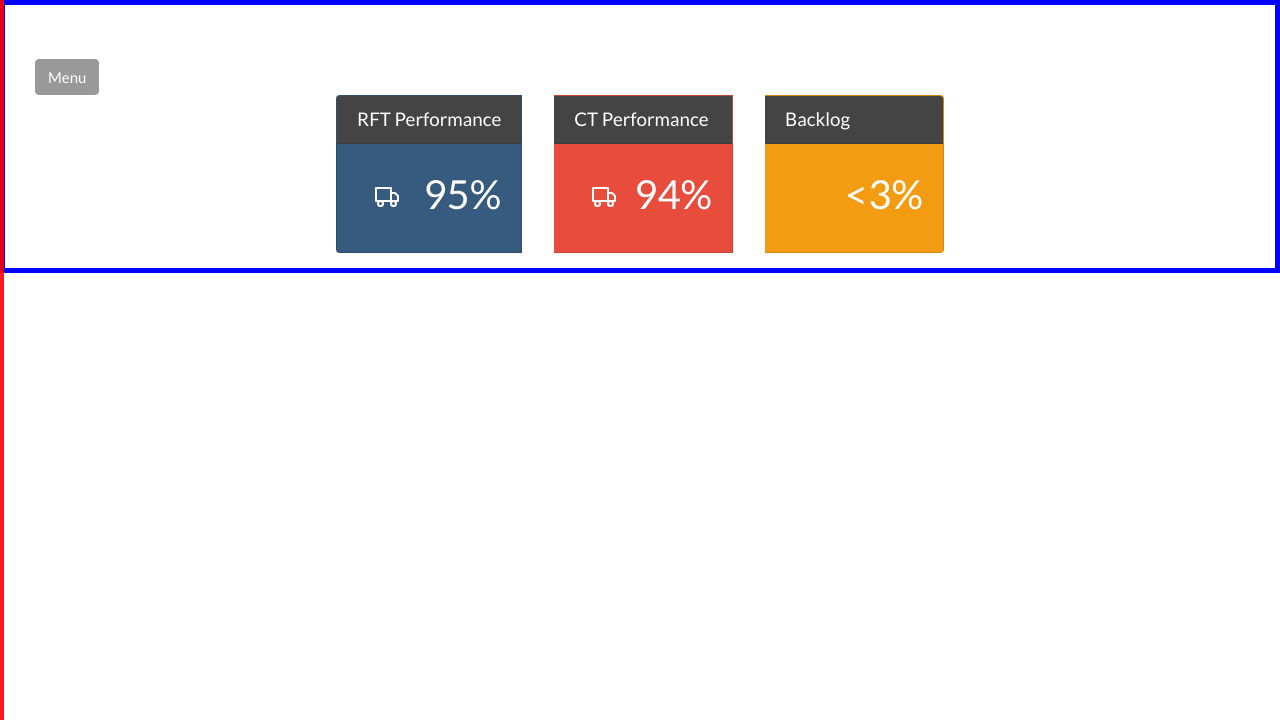
Repository: valenovi76/Delivery-Dashboard
Page: Index.html
The author's editor kept a record of every edit. The page is drawn from the files as they stood at one moment, then again after the next edit.
The browser window is 1280 px wide. The pictures show the whole page.
Some icons come from a web library that is not loaded, so they are not drawn. Some web libraries are served in a nearby version.

Above is the page before.
Console error: TypeError: Cannot read properties of null (reading 'textContent')

### Index.html
<!DOCTYPE html>
<html lang="en">
<head>
    <meta charset="UTF-8">
    <meta name="viewport" content="width=device-width, initial-scale=1.0">
    <meta http-equiv="X-UA-Compatible" content="ie=edge">

    <link rel="stylesheet" href="static/css/bootstrap.min.css" type="text/css" />
    <link rel="stylesheet" href="static/css/dc.min.css" type="text/css" />
    <link href="vendor/fontawesome-free/css/all.min.css" rel="stylesheet" type="text/css">
    <script type="text/javascript" src="static/js/d3.min.js"></script>
    <script type="text/javascript" src="static/js/crossfilter.min.js"></script>
    <script type="text/javascript" src="static/js/dc.min.js"></script>
    <script type="text/javascript" src="static/js/queue.min.js"></script>
    <script type="text/javascript" src="static/js/graphs.js"></script>
    <script src="https://ajax.googleapis.com/ajax/libs/jquery/1.11.3/jquery.min.js"></script>
    <script src="http://maxcdn.bootstrapcdn.com/bootstrap/3.3.4/js/bootstrap.min.js"></script>
    <link rel="stylesheet" href="static/css/style.css" type="text/css" />
    <title>Daily Delivery Dashboard</title>

</head>
<body>

    <div id="wrapper">

        <!-- Sidebar -->
        <div id="sidebar-wrapper">
            <ul class="sidebar-nav">
                <li><a href="#">Account</a></li>
                <li><a href="#">Settings</a></li>
                <li><a href="#">Logout</a></li>
            </ul>
        </div>

        <!-- Page content -->
        <div id="page-content-wrapper">
            <div class="container-fluid">
                <div class="header text-center">
                    <p>test</p>
                </div>
                <div class="row">
                    <div class="col-lg-12">
                            <a href="#" class="btn btn-light" id="menu-toggle">Menu</a>

                            <div class="row">
                              <div class="card-group mx-auto">
                                    <div class="card flex-fill bg-primary text-white mx-3">
                											<div class="card-header">
                												<h5 class="card-title text-white mb-0">RFT Performance</h5>
                											</div>
                    											<div class="card-body py-3">
                    												<div class="row no-gutters">
                    													<div class="col-4 align-self-center text-left">
                    														<div class="icon icon-primary">
                    															<svg xmlns="http://www.w3.org/2000/svg" width="24" height="24" viewBox="0 0 24 24" fill="none" stroke="currentColor" stroke-width="2" stroke-linecap="round" stroke-linejoin="round" class="feather feather-truck align-middle"><rect x="1" y="3" width="15" height="13"></rect><polygon points="16 8 20 8 23 11 23 16 16 16 16 8"></polygon><circle cx="5.5" cy="18.5" r="2.5"></circle><circle cx="18.5" cy="18.5" r="2.5"></circle></svg>
                    														</div>
                    													</div>
                    													<div class="col-8 align-self-center text-right">

                    														<h2 class="text-white">95%</h2>
                    													</div>
                    												</div>
                    											</div>
                    										</div>
                                    <div class="card flex-fill bg-danger text-white mx-3">
                											<div class="card-header">
                												<h5 class="card-title text-white mb-0">CT Performance</h5>
                											</div>
                    											<div class="card-body py-3">
                    												<div class="row no-gutters">
                    													<div class="col-4 align-self-center text-left">
                    														<div class="icon icon-primary">
                    															<svg xmlns="http://www.w3.org/2000/svg" width="24" height="24" viewBox="0 0 24 24" fill="none" stroke="currentColor" stroke-width="2" stroke-linecap="round" stroke-linejoin="round" class="feather feather-truck align-middle"><rect x="1" y="3" width="15" height="13"></rect><polygon points="16 8 20 8 23 11 23 16 16 16 16 8"></polygon><circle cx="5.5" cy="18.5" r="2.5"></circle><circle cx="18.5" cy="18.5" r="2.5"></circle></svg>
                    														</div>
                    													</div>
                    													<div class="col-8 align-self-center text-right">
                    														<h2 class="text-white">94%</h2>
                    													</div>
                    												</div>
                    											</div>
                    										</div>
                                    <div class="card flex-fill bg-warning text-white mx-3">
                											<div class="card-header">
                												<h5 class="card-title text-white mb-0">Backlog</h5>
                											</div>
                    											<div class="card-body py-3">
                    												<div class="row no-gutters">
                    													<div class="col-4 align-self-center text-left">
                    														<div class="icon icon-primary">
                    														    <i class="far fa-check-square"></i>
                    														</div>
                    													</div>
                    													<div class="col-8 align-self-center text-right">
                    														<h2 class="text-white"> <3% </h2>
                    													</div>
                    												</div>
                    											</div>
                    										</div
                              </div>
                            </div>
                    </div>
                </div>
            </div>
        </div>

    </div>

    <!-- Menu toggle script -->
    <script>
        $("#menu-toggle").click( function (e){
            e.preventDefault();
            $("#wrapper").toggleClass("menuDisplayed");
        });
    </script>

</body>
</html>

### static/js/graphs.js
//load data
queue()
.defer(d3.csv, "/data/orders.csv")
.await(makeGraphs);


// Make graphs function
function makeGraphs(error, orderData) {

    var ndx = crossfilter(orderData);


orderData.forEach(function(d){
d.CT_Ex_Delayed_Days=parseInt(d.CT_Ex_Delayed_Days)})




    show_wip_group_selector(ndx);
    show_product_selector(ndx);
    show_project_selector(ndx);
    show_created(ndx);
    show_completed(ndx);
    show_order_order_type(ndx);
    show_ct_avg(ndx);
    show_SLT_perf(ndx);
    show_ontime_late(ndx);
    show_percent_RFT_OnTime(ndx);
    show_percent_CT_Pass(ndx);
    show_monthly_delivery(ndx);



    dc.renderAll();
}


//Selector js
function show_wip_group_selector(ndx){
    var dim = ndx.dimension(dc.pluck('Channel'));
    var group = dim.group();
    var select = dc.selectMenu("#wip_group_selector")
        .dimension(dim)
        .group(group);

}
function show_product_selector(ndx){
    var dim = ndx.dimension(dc.pluck('Product'));
    var group = dim.group();
    var select = dc.selectMenu("#product_selector")
        .dimension(dim)
        .group(group);

}
function show_project_selector(ndx){
    var dim=ndx.dimension(dc.pluck('Project'));
    var group= dim.group();
    var select = dc.selectMenu("#project_selector")
        .dimension(dim)
        .group(group);

}

// KPIS values -RFT %

function show_percent_RFT_OnTime(ndx) {
    var percentageThatAreOnTime = ndx.groupAll().reduce(
        function(p, v) {
            p.total++;
                if(v.On_Time === "On-Time") {
                    p.match++;
                }
                return p;
            },
            function (p, v) {
                p.total--;
                if(v.On_Time === "On-Time") {
                    p.match--;
                }
                return p;
            },
            function () {
                return {total: 0, match: 0};
            }
    );

    dc.numberDisplay("#RFTPerc")
        .formatNumber(d3.format(".1%"))
        .valueAccessor(function (d) {
            if (d.count == 0) {
                return 0;
            } else {
                return ( d.match/d.total );
            }
        })
        .group(percentageThatAreOnTime)
}

// KPIS values - CT %

function show_percent_CT_Pass(ndx) {
    var percentageThatArePassed = ndx.groupAll().reduce(
        function(p, v) {
            p.total++;
                if(v.SLT_Status === "Pass") {
                    p.match++;
                }
                return p;
            },
            function (p, v) {
                p.total--;
                if(v.SLT_Status === "Pass") {
                    p.match--;
                }
                return p;
            },
            function () {
                return {total: 0, match: 0};
            }
    );

    dc.numberDisplay("#CTPerc")
        .formatNumber(d3.format(".1%"))
        .valueAccessor(function (d) {
            if (d.count == 0) {
                return 0;
            } else {
                return ( d.match/d.total );
            }
        })
        .group(percentageThatArePassed)
}

//KPIS values - Monthly deliveries
function show_monthly_delivery(ndx){
    var avgMonthlyDeliveries = ndx.groupAll().reduce(
        function(p, v) {
            p.total++;
                if(v.Order_Status === "Completed") {
                    p.match++;
                }
                return p;
            },
            function (p, v) {
                p.total--;
                if(v.Order_Status === "Completed") {
                    p.match--;
                }
                return p;
            },
            function () {
                return {total: 0, match: 0};
            }
    );

    dc.numberDisplay("#avg_monthly_delivery")
        .formatNumber(d3.format(".1f"))
        .valueAccessor(function (d) {
            if (d.total == 0) {
                return 0;
            } else {
                return ( d.match/6 );
            }
        })
        .group(avgMonthlyDeliveries)
}


//created line js
function show_created(ndx) {
var dim = ndx.dimension(dc.pluck('Created_Month'));
var group =dim.group();

dc.lineChart("#created")
.width(400)
.height(300)
.margins({top: 30, right: 40, bottom: 50, left: 50})
.dimension(dim)
.group(group)
.transitionDuration(500)
.x(d3.scale.ordinal())
.xUnits(dc.units.ordinal)
.elasticY(true)
.xAxisLabel("FY 2019-2020 Month")
.yAxis().ticks(20);
 }

//completed line js
function show_completed(ndx) {
var dim = ndx.dimension(dc.pluck('Completed_Month'));
var group = dim.group();

dc.lineChart("#completed")

.width(400)
.height(300)
.margins({top: 30, right: 40, bottom: 50, left: 50})
.dimension(dim)
.group(group)
.transitionDuration(500)
.x(d3.scale.ordinal())
.xUnits(dc.units.ordinal)
.elasticY(true)
.xAxisLabel("FY 2019-2020 Month")
.yAxis().ticks(20);
 }

//WIP pie js
function show_order_order_type(ndx) {
    var dim = ndx.dimension(dc.pluck('Order_Type'));
    var group = dim.group();


    dc.pieChart("#order_type")

        .width(400)
        .height(300)
        .slicesCap(4)
        .innerRadius(100)
        .dimension(dim)
        .group(group)
        .legend(dc.legend())

}
//CT Avg line js
function show_ct_avg(ndx){
var dim = ndx.dimension(dc.pluck("Completed_Month"));

function add_item(p,v){
p.count ++;
p.total += v.CT_Ex_Delayed_Days;
p.average = p.total/p.count;
return p;
}
function remove_item(p,v){
p.count--;
if(p.count==0){
p.total=0;
p.average=0;}else{
p.total -= v.CT_Ex_Delayed_Days;
p.average = p.total/p.count;
}
return p;
}
function initialise(){
    return{count:0, total:0, average:0};
}


var group= dim.group().reduce(add_item,remove_item,initialise);


dc.lineChart("#ct_avg")
.width(400)
.height(300)
.margins({top: 10, right: 50, bottom: 30, left: 50})
.dimension(dim)
.group(group)
.valueAccessor(function(d){
return d.value.average})
.transitionDuration(500)
.x(d3.scale.ordinal())
.xUnits(dc.units.ordinal)
.elasticY(true)
.xAxisLabel("FY 2019-2020 Month")
.yAxis().ticks(20);

}
//CT perf js
function show_SLT_perf(ndx){

    function SLTPerfByMonth(dimension, SLT_Status) {
        return dimension.group().reduce(
            function (p, v) {
                p.total++;
                if(v.SLT_Status == SLT_Status) {
                    p.match++;
                }
                return p;
            },
            function (p, v) {
                p.total--;
                if(v.SLT_Status == SLT_Status) {
                    p.match--;
                }
                return p;
            },
            function () {
                return {total: 0, match: 0};
            }
        );
    }

    var dim = ndx.dimension(dc.pluck("Completed_Month"));
    var PassByMonth = SLTPerfByMonth(dim, "Pass");
    var FailByMonth = SLTPerfByMonth(dim, "Fail");

    dc.barChart("#ct_perf")
        .width(400)
        .height(300)
        .dimension(dim)
        .group(PassByMonth, "Pass")
        .stack(FailByMonth, "Fail")
        .valueAccessor(function(d) {
            if(d.value.total > 0) {
                return (d.value.match / d.value.total) * 100;
            } else {
                return 0;
            }
        })
        .x(d3.scale.ordinal())
        .xUnits(dc.units.ordinal)
        .legend(dc.legend().x(320).y(20).itemHeight(15).gap(5))
        .margins({top: 10, right: 100, bottom: 30, left: 30});
}

  //On time vs Late stacked-bars graph

   function show_ontime_late(ndx) {

    function RFTPerfByMonth(dimension, On_Time) {
        return dimension.group().reduce(
            function (p, v) {
                p.total++;
                if(v.On_Time == On_Time) {
                    p.match++;
                }
                return p;
            },
            function (p, v) {
                p.total--;
                if(v.On_Time == On_Time) {
                    p.match--;
                }
                return p;
            },
            function () {
                return {total: 0, match: 0};
            }
        );
    }

    var dim = ndx.dimension(dc.pluck("Completed_Month"));
    var OnTimeByMonth = RFTPerfByMonth(dim, "On-Time");
    var LateByMonth = RFTPerfByMonth(dim, "Late");

    dc.barChart("#ontime_perf")
        .width(400)
        .height(300)
        .dimension(dim)
        .group(OnTimeByMonth, "On-Time")
        .stack(LateByMonth, "Late")
        .valueAccessor(function(d) {
            if(d.value.total > 0) {
                return (d.value.match / d.value.total) * 100;
            } else {
                return 0;
            }
        })
        .x(d3.scale.ordinal())
        .xUnits(dc.units.ordinal)
        .legend(dc.legend().x(320).y(20).itemHeight(15).gap(5))
        .margins({top: 10, right: 100, bottom: 30, left: 30});
   }

### static/css/style.css
/*Body*/
.page-content-wrapper{
    background-color: white;
}

/*Header*/


/* Sidebar */
#sidebar-wrapper {
    z-index: 1;
    position: absolute;
    width: 0;
    height: 100%;
    overflow-y: hidden;
    background: #2C3E50;
    border: 2px solid red;
    opacity: 0.9;
}

/* Always take up entire screen */
#page-content-wrapper {
    width: 100%;
    position: absolute;
    padding: 15px;
    border: 5px solid blue;
}


/* Change with of sidebar from 0 to 250px */
#wrapper.menuDisplayed #sidebar-wrapper {
    width: 250px;
}

/* Since we added left padding, we need to shrink the width by 250px */
#wrapper.menuDisplayed #page-content-wrapper {
    padding-left: 250px;
}


/* Sidebar styling - the entire ul list */
.sidebar-nav {
    padding: 0;
    list-style: none;
}

.sidebar-nav li {
    text-indent: 20px;
    line-height: 40px;
}

.sidebar-nav li a {
    display: block;
    text-decoration: none;
    color: #ddd;
}

.sidebar-nav li a:hover {
    background: #16A085;
}

/*Header*/

/*Cards style*/
.card{
    display:block;
}

.icon {
    width: 60px !important;
    height: 60px !important;
    line-height: 52px;
    text-align: center;
    font-size: 2rem;
    margin: .5rem 0;
}

Loaded but not shown: static/css/bootstrap.min.css (library); static/css/dc.min.css (library); static/js/d3.min.js (library); static/js/crossfilter.min.js (library); static/js/dc.min.js (library); static/js/queue.min.js (common file)

After the next edit:
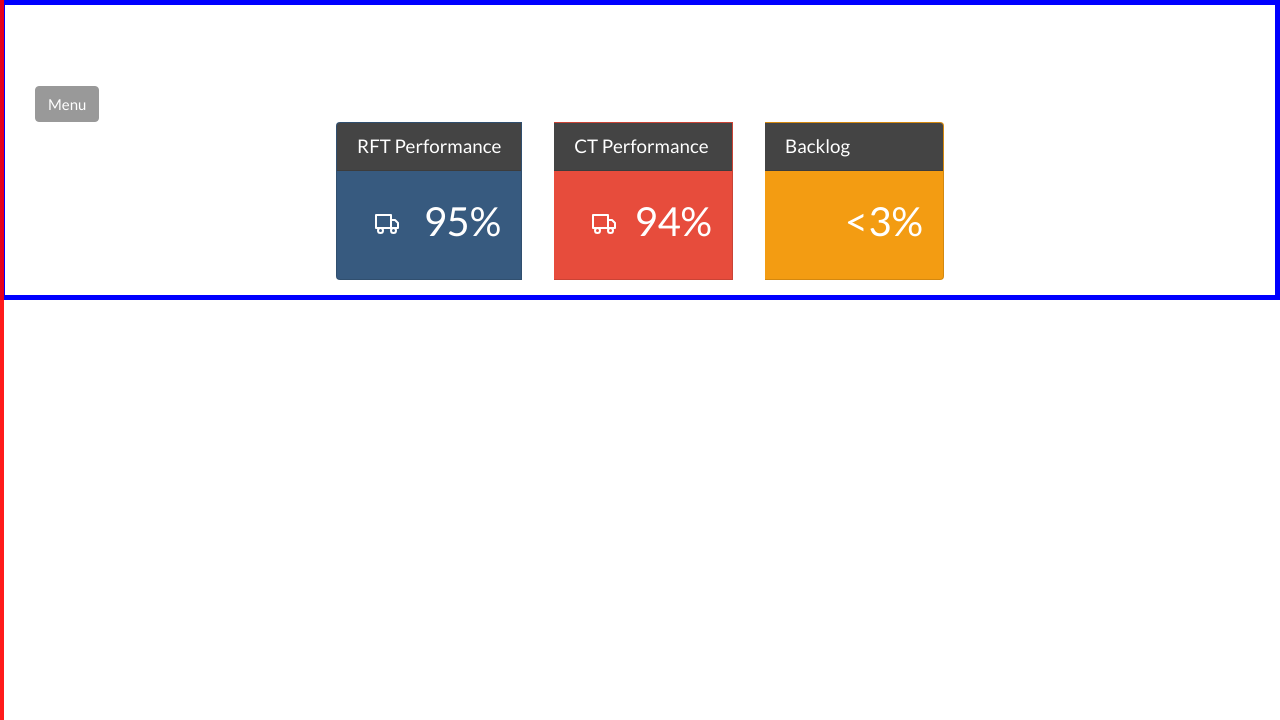
The edit:
--- a/Index.html
+++ b/Index.html
@@ -36,7 +36,7 @@
         <div id="page-content-wrapper">
             <div class="container-fluid">
                 <div class="header text-center">
-                    <p>test</p>
+                    <h1>Delivery KPIs Dashboard</h1>
                 </div>
                 <div class="row">
                     <div class="col-lg-12">
